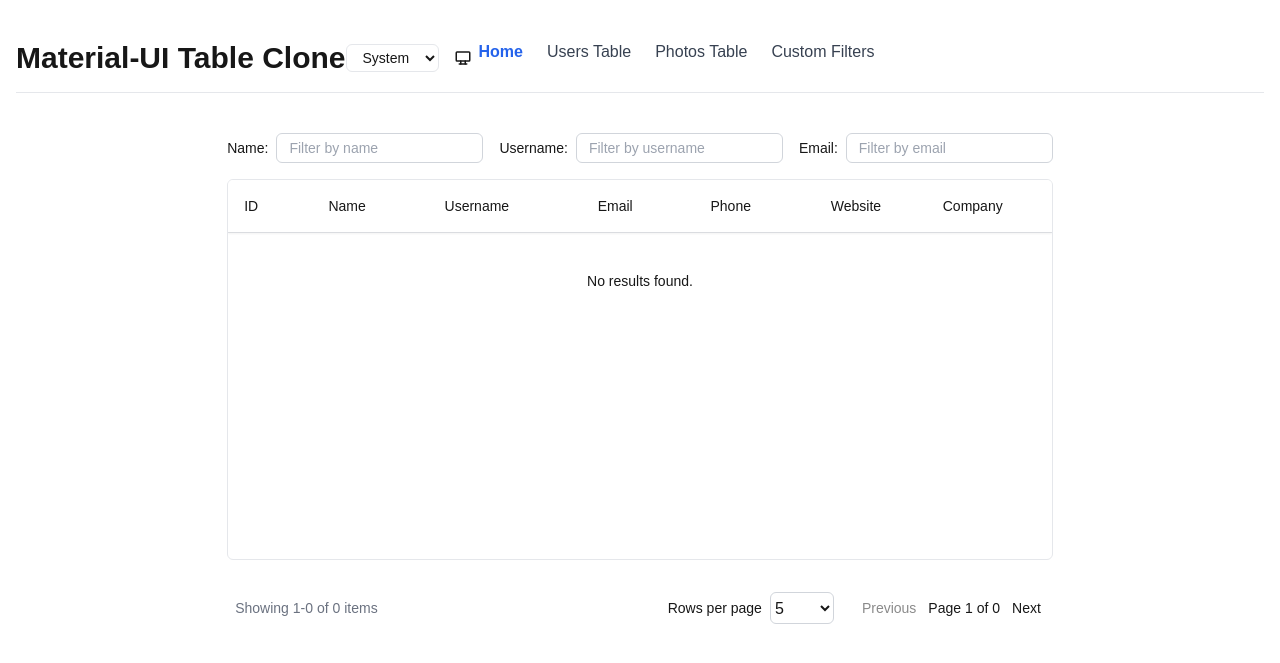
Repository: Dvirco1234/mini-mui-table
Page: /
These files come from the project's save history. The page is drawn as it stood at one moment and after the next save; the edit follows.
The browser window is 1280 px wide. The pictures show the whole page.
The page's requests for data from a server got no answer. The project was rebuilt for these pictures with package versions that can differ from the ones it lists, and the page was loaded fresh each time. The framework's server and built-in components were replaced by stand-ins that run in the browser. No one was signed in, and anything a server would have sent is missing. Also part of the build but not shown: next.config.ts.

Above is the page before, as saved 2025-03-03 22:02:58.

### src/app/layout.tsx
import type { Metadata } from "next";
import { Geist, Geist_Mono } from "next/font/google";
import "./globals.css";
import { ThemeProvider } from "@/components/theme/ThemeProvider";
import { Navigation } from "@/components/layout/Navigation";

const geistSans = Geist({
  variable: "--font-geist-sans",
  subsets: ["latin"],
});

const geistMono = Geist_Mono({
  variable: "--font-geist-mono",
  subsets: ["latin"],
});

export const metadata: Metadata = {
  title: "Create Next App",
  description: "Generated by create next app",
};

export default function RootLayout({
  children,
}: Readonly<{
  children: React.ReactNode;
}>) {
  return (
    <html lang="en" className="h-screen overflow-hidden">
      <body
        className={`${geistSans.variable} ${geistMono.variable} antialiased h-full max-h-screen`}
      >
        <ThemeProvider defaultTheme="system" storageKey="mini-mui-table-theme">
          <main className="h-screen">
            <div className="mx-auto py-10 px-4 h-full flex flex-col">
              <Navigation />
              {children}
            </div>
          </main>
        </ThemeProvider>
      </body>
    </html>
  );
}

### src/app/page.tsx
import { ThemeToggle } from "@/components/theme/ThemeToggle";
import { UserTable } from "@/components/demo/UserTable";
import { CustomFiltersDemo } from "@/components/demo/CustomFiltersDemo";

export default function Home() {
  return (
    <div className="mx-auto py-10 px-4 h-full flex flex-col">
      {/* <div className="flex justify-between items-center mb-8">
        <h1 className="text-3xl font-bold">Material-UI Table Clone</h1>
        <ThemeToggle />
      </div> */}
      <UserTable />
      {/* <CustomFiltersDemo /> */}
    </div>
  );
}

### src/components/theme/ThemeProvider.tsx
"use client";

import { createContext, useContext, useEffect, useState } from "react";

export type Theme = "dark" | "light" | "system";

type ThemeProviderProps = {
  children: React.ReactNode;
  defaultTheme?: Theme;
  storageKey?: string;
};

type ThemeProviderState = {
  theme: Theme;
  setTheme: (theme: Theme) => void;
};

const initialState: ThemeProviderState = {
  theme: "system",
  setTheme: () => null,
};

const ThemeProviderContext = createContext<ThemeProviderState>(initialState);

export function ThemeProvider({
  children,
  defaultTheme = "system",
  storageKey = "mini-mui-table-theme",
  ...props
}: ThemeProviderProps) {
  const [theme, setTheme] = useState<Theme>(defaultTheme);

  useEffect(() => {
    const savedTheme = localStorage.getItem(storageKey) as Theme | null;

    if (savedTheme) {
      setTheme(savedTheme);
    }
  }, [storageKey]);

  useEffect(() => {
    const root = window.document.documentElement;

    root.classList.remove("light", "dark");

    if (theme === "system") {
      const systemTheme = window.matchMedia("(prefers-color-scheme: dark)")
        .matches
        ? "dark"
        : "light";

      root.classList.add(systemTheme);
      return;
    }

    root.classList.add(theme);
  }, [theme]);

  const value = {
    theme,
    setTheme: (theme: Theme) => {
      localStorage.setItem(storageKey, theme);
      setTheme(theme);
    },
  };

  return (
    <ThemeProviderContext.Provider {...props} value={value}>
      {children}
    </ThemeProviderContext.Provider>
  );
}

export const useTheme = () => {
  const context = useContext(ThemeProviderContext);

  if (context === undefined) {
    throw new Error("useTheme must be used within a ThemeProvider");
  }

  return context;
};

### src/components/layout/Navigation.tsx
"use client";

import Link from "next/link";
import { usePathname } from "next/navigation";
import { ThemeToggle } from "@/components/theme/ThemeToggle";

const navItems = [
  { name: "Home", path: "/" },
  { name: "Users Table", path: "/users" },
  { name: "Photos Table", path: "/photos" },
  { name: "Custom Filters", path: "/custom-filters" },
];

export function Navigation() {
  const pathname = usePathname();

  return (
    <div className="w-full flex border-b pb-4">
      <div className="flex justify-between items-center ">
        <h1 className="text-3xl font-bold">Material-UI Table Clone</h1>
        <ThemeToggle />
      </div>

      <nav>
        <ul className="flex flex-wrap gap-6">
          {navItems.map((item) => (
            <li key={item.path}>
              <Link
                href={item.path}
                className={`text-base font-medium transition-colors hover:underline ${
                  pathname === item.path
                    ? "text-blue-600 dark:text-blue-400 font-semibold"
                    : "text-gray-700 hover:text-blue-600 dark:text-gray-300 dark:hover:text-blue-400"
                }`}
              >
                {item.name}
              </Link>
            </li>
          ))}
        </ul>
      </nav>
    </div>
  );
}

### src/components/demo/UserTable.tsx
"use client";

import { useState, useEffect } from "react";
import { Table } from "@/components/ui/table";
import { User, Column } from "@/types";
import { fetchUsers, FetchUsersParams } from "@/lib/api";

const columns: Column[] = [
  { id: "id", label: "ID", sortable: true },
  { id: "name", label: "Name", sortable: true, filterable: true },
  { id: "username", label: "Username", sortable: true, filterable: true },
  { id: "email", label: "Email", sortable: true, filterable: true },
  { id: "phone", label: "Phone", sortable: true },
  {
    id: "website",
    label: "Website",
    render: (row: User) => (
      <a
        href={`https://${row.website}`}
        target="_blank"
        rel="noopener noreferrer"
        className="text-blue-600 hover:underline"
      >
        {row.website}
      </a>
    ),
  },
  {
    id: "company",
    label: "Company",
    render: (row: User) => row.company.name,
  },
];

export function UserTable() {
  // State for table data and controls
  const [data, setData] = useState<User[]>([]);
  const [loading, setLoading] = useState(true);
  const [totalItems, setTotalItems] = useState(0);

  // Pagination state
  const [currentPage, setCurrentPage] = useState(1);
  const [pageSize, setPageSize] = useState(5);

  // Sorting state
  const [sortField, setSortField] = useState<string | undefined>(undefined);
  const [sortOrder, setSortOrder] = useState<"asc" | "desc" | "none">("asc");

  // Filtering state
  const [filters, setFilters] = useState<Record<string, string>>({});

  // Fetch data when dependencies change
  useEffect(() => {
    const loadData = async () => {
      setLoading(true);
      try {
        const params: FetchUsersParams = {
          page: currentPage,
          limit: pageSize,
          sort: sortField,
          order: sortOrder,
          filter: filters,
        };
        const { users, total } = await fetchUsers(params);
        setData(users);
        setTotalItems(total);
      } catch (error) {
        console.error("Error loading data:", error);
      } finally {
        setLoading(false);
      }
    };

    loadData();
  }, [currentPage, pageSize, sortField, sortOrder, filters]);

  // Handle page change
  const handlePageChange = (page: number) => {
    setCurrentPage(page);
  };

  // Handle page size change
  const handlePageSizeChange = (size: number) => {
    setPageSize(size);
    setCurrentPage(1); // Reset to first page when changing page size
  };

  // Handle sorting
  const handleSort = (field: string, order?: "asc" | "desc") => {
    if (!field) {
      // Clear sorting
      setSortField(undefined);
      setSortOrder("none");
    } else if (order) {
      // Set specific order
      setSortField(field);
      setSortOrder(order);
    } else {
      // Toggle order
      if (sortField === field) {
        setSortOrder(sortOrder === "asc" ? "desc" : "none");
        if (sortOrder === "desc") {
          setSortField(undefined);
        }
      } else {
        setSortField(field);
        setSortOrder("asc");
      }
    }
  };

  // Handle filtering
  const handleFilterChange = (field: string, value: string) => {
    setFilters((prev) => ({
      ...prev,
      [field]: value,
    }));
    setCurrentPage(1); // Reset to first page when applying filters
  };

  return (
    <Table<User>
      data={data}
      columns={columns}
      loading={loading}
      // Pagination
      currentPage={currentPage}
      pageSize={pageSize}
      totalItems={totalItems}
      onPageChange={handlePageChange}
      onPageSizeChange={handlePageSizeChange}
      // Sorting
      sortField={sortField}
      sortOrder={sortOrder}
      onSort={handleSort}
      // Filter
      filters={filters}
      onFilterChange={handleFilterChange}
      bordered={true}
      slots={{}}
    />
  );
}

### src/components/theme/ThemeToggle.tsx
"use client";

import { Theme, useTheme } from "./ThemeProvider";
import { IconMoon, IconSun, IconDeviceDesktop } from "@tabler/icons-react";

export function ThemeToggle() {
  const { theme, setTheme } = useTheme();

  return (
    <div className="flex items-center space-x-2">
      <select
        value={theme}
        onChange={(e: React.ChangeEvent<HTMLSelectElement>) =>
          setTheme(e.target.value as Theme)
        }
        className="bg-background border focus:ring-0 rounded-md px-3 py-1 text-sm focus:outline-none focus:ring-2 focus:ring-primary"
      >
        <option value="light">Light</option>
        <option value="dark">Dark</option>
        <option value="system">System</option>
      </select>

      <div className="flex items-center justify-center w-8 h-8">
        {theme === "light" && <IconSun size={18} />}
        {theme === "dark" && <IconMoon size={18} />}
        {theme === "system" && <IconDeviceDesktop size={18} />}
      </div>
    </div>
  );
}

### src/components/ui/table/index.ts
export * from './Table';
export * from './TableHead';
export * from './TableBody';
export * from './TableRow';
export * from './TableCell';
export * from './TablePagination';
export * from './TableFilters';
export * from './TableSorters';

### src/lib/api.ts
import { User } from '@/types';

export interface FetchUsersParams {
  page?: number;
  limit?: number;
  sort?: string;
  order?: 'asc' | 'desc' | 'none';
  filter?: Record<string, string>;
}

export async function fetchUsers({
  page = 1,
  limit = 100,
  sort,
  order = 'asc',
  filter,
}: FetchUsersParams = {}): Promise<{ users: User[]; total: number }> {
  let url = `https://jsonplaceholder.typicode.com/users?_page=${page}&_limit=${limit}`;

  if (sort && order !== 'none') {
    url += `&_sort=${sort}&_order=${order}`;
  }

  if (filter) {
    Object.entries(filter).forEach(([key, value]) => {
      if (value) {
        url += `&${key}_like=${value}`;
      }
    });
  }

  const response = await fetch(url);
  const total = Number(response.headers.get('x-total-count') || '0');
  const users = await response.json();

  return { users, total };
}

### src/components/ui/table/TableHead.tsx
import React, { forwardRef } from 'react';
import { cn } from '@/lib/utils';

export interface TableHeadProps extends React.HTMLAttributes<HTMLTableSectionElement> {
  children: React.ReactNode;
}

const TableHead = forwardRef<HTMLTableSectionElement, TableHeadProps>(
  ({ className, ...props }, ref) => {
    return (
      <thead
        ref={ref}
        className={cn("shadow-sm sticky top-0 bg-background", className)}
        {...props}
      />
    );
  }
);

TableHead.displayName = "TableHead";

export { TableHead };

### src/components/ui/table/TableBody.tsx
import React, { forwardRef } from 'react';
import { cn } from '@/lib/utils';

export interface TableBodyProps extends React.HTMLAttributes<HTMLTableSectionElement> {
  children: React.ReactNode;
}

const TableBody = forwardRef<HTMLTableSectionElement, TableBodyProps>(
  ({ className, ...props }, ref) => {
    return (
      <tbody
        ref={ref}
        className={cn("[&_tr:last-child]:border-0", className)}
        {...props}
      />
    );
  }
);

TableBody.displayName = "TableBody";

export { TableBody };

### src/components/ui/table/TableRow.tsx
import React, { forwardRef } from "react";
import { cn } from "@/lib/utils";

export interface TableRowProps
  extends React.HTMLAttributes<HTMLTableRowElement> {
  children: React.ReactNode;
  rowHeight?: number | string;
}

const TableRow = forwardRef<HTMLTableRowElement, TableRowProps>(
  ({ className, rowHeight, ...props }, ref) => {
    return (
      <tr
        ref={ref}
        className={cn(
          "border-b transition-colors hover:bg-muted/50 data-[state=selected]:bg-muted",
          className
        )}
        style={{
          height: rowHeight ? (typeof rowHeight === 'number' ? `${rowHeight}px` : rowHeight) : 'auto'
        }}
        {...props}
      />
    );
  }
);

TableRow.displayName = "TableRow";

export { TableRow };

### src/components/ui/table/TableCell.tsx
import React, { forwardRef } from 'react';
import { cn } from '@/lib/utils';

export interface TableCellProps extends React.TdHTMLAttributes<HTMLTableCellElement> {
  children: React.ReactNode;
}

const TableCell = forwardRef<HTMLTableCellElement, TableCellProps>(
  ({ className, ...props }, ref) => {
    return (
      <td
        ref={ref}
        className={cn("p-4 align-middle [&:has([role=checkbox])]:pr-0 group", className)}
        {...props}
      />
    );
  }
);

TableCell.displayName = "TableCell";

export { TableCell };

### src/components/ui/table/TablePagination.tsx
import React from 'react';
import { cn } from '@/lib/utils';

export interface TablePaginationProps {
  currentPage: number;
  totalPages: number;
  pageSize: number;
  totalItems: number;
  onPageChange: (page: number) => void;
  onPageSizeChange?: (pageSize: number) => void;
  pageSizeOptions?: number[];
  className?: string;
}

const TablePagination: React.FC<TablePaginationProps> = ({
  currentPage,
  totalPages,
  pageSize,
  totalItems,
  onPageChange,
  onPageSizeChange,
  pageSizeOptions = [5, 10, 25, 50],
  className,
}) => {
  const startItem = (currentPage - 1) * pageSize + 1;
  const endItem = Math.min(currentPage * pageSize, totalItems);

  return (
    <div className={cn("flex items-center justify-between px-2 py-4", className)}>
      <div className="text-sm text-gray-500">
        Showing {startItem}-{endItem} of {totalItems} items
      </div>
      <div className="flex items-center space-x-6">
        <div className="flex items-center space-x-2">
          <p className="text-sm font-medium">Rows per page</p>
          <select
            className="h-8 w-16 rounded-md border border-gray-300 bg-background outline-none focus:border-blue-500 focus:dark:border-white"
            value={pageSize}
            onChange={(e) => onPageSizeChange?.(Number(e.target.value))}
          >
            {pageSizeOptions.map((option) => (
              <option key={option} value={option}>
                {option}
              </option>
            ))}
          </select>
        </div>
        <div className="flex items-center space-x-2">
          <button
            className="inline-flex items-center justify-center rounded-md p-1 text-sm font-medium transition-colors hover:bg-gray-100 disabled:opacity-50"
            onClick={() => onPageChange(currentPage - 1)}
            disabled={currentPage === 1}
          >
            Previous
          </button>
          <div className="text-sm font-medium">
            Page {currentPage} of {totalPages}
          </div>
          <button
            className="inline-flex items-center justify-center rounded-md p-1 text-sm font-medium transition-colors hover:bg-gray-100 disabled:opacity-50"
            onClick={() => onPageChange(currentPage + 1)}
            disabled={currentPage === totalPages}
          >
            Next
          </button>
        </div>
      </div>
    </div>
  );
};

export { TablePagination };

### src/components/ui/table/TableFilters.tsx
import React from 'react';
import { cn } from '@/lib/utils';
import { Column } from '@/types';

export interface TableFiltersProps {
  columns: Column[];
  filters: Record<string, string>;
  onFilterChange: (field: string, value: string) => void;
  className?: string;
}

/**
 * TableFilters component that renders a set of filters for each filterable column.
 * Currently only supports text-based filtering.
 */
const TableFilters: React.FC<TableFiltersProps> = ({
  columns,
  filters,
  onFilterChange,
  className,
}) => {
  const filterableColumns = columns.filter(column => column.filterable);

  if (filterableColumns.length === 0) {
    return null;
  }

  return (
    <div className={cn("flex flex-wrap gap-4 mb-4", className)}>
      {filterableColumns.map(column => (
        <div key={`filter-${column.id}`} className="flex items-center">
          <label htmlFor={`filter-${column.id}`} className="mr-2 text-sm font-medium">
            {column.label}:
          </label>
          <input
            id={`filter-${column.id}`}
            type="text"
            className="rounded-md border bg-background outline-none border-gray-300 focus:border-blue-500 focus:dark:border-white px-3 py-1 text-sm"
            value={filters[column.id] || ''}
            onChange={(e) => onFilterChange(column.id, e.target.value)}
            placeholder={`Filter by ${column.label.toLowerCase()}`}
          />
        </div>
      ))}
    </div>
  );
};

export { TableFilters };

### src/components/ui/table/TableSorters.tsx
import React from 'react';
import { cn } from '@/lib/utils';
import { Column } from '@/types';
import { IconArrowUp, IconArrowDown } from '@tabler/icons-react';

export interface TableSortersProps {
  column: Column;
  sortField?: string;
  sortOrder: 'asc' | 'desc' | 'none';
  onSort: (field: string, order?: 'asc' | 'desc') => void;
  className?: string;
}

const TableSorters: React.FC<TableSortersProps> = ({
  column,
  sortField,
  sortOrder,
  onSort,
  className,
}) => {
  if (!column.sortable) {
    return <span className={className}>{column.label}</span>;
  }

  const handleSort = () => {
    if (sortField !== column.id) {
      // First click - sort ascending
      onSort(column.id, 'asc');
    } else if (sortOrder === 'asc') {
      // Second click - sort descending
      onSort(column.id, 'desc');
    } else {
      // Third click - clear sorting
      onSort('');
    }
  };

  const isActive = sortField === column.id;

  return (
    <div
      className={cn(
        "w-full h-full flex items-center justify-between cursor-pointer",
        className
      )}
      onClick={handleSort}
    >
      <span>{column.label}</span>
      <div className="flex items-center">
        {isActive ? (
          sortOrder === 'asc' ? (
            <IconArrowUp size={16} className="text-primary" />
          ) : (
            <IconArrowDown size={16} className="text-primary" />
          )
        ) : (
          <IconArrowUp size={16} className="text-muted-foreground opacity-0 group-hover:opacity-100 transition-opacity" />
        )}
      </div>
    </div>
  );
};

export { TableSorters };

### tailwind.config.ts
import type { Config } from 'tailwindcss';

const config: Config = {
  darkMode: 'class',
  content: [
    './src/pages/**/*.{js,ts,jsx,tsx,mdx}',
    './src/components/**/*.{js,ts,jsx,tsx,mdx}',
    './src/app/**/*.{js,ts,jsx,tsx,mdx}',
  ],
  theme: {
    extend: {
      colors: {
        background: 'var(--background)',
        foreground: 'var(--foreground)',
        border: {
          DEFAULT: 'hsl(var(--border))',
        },
        input: {
          DEFAULT: 'hsl(var(--input))',
        },
        ring: {
          DEFAULT: 'hsl(var(--ring))',
        },
        muted: {
          DEFAULT: 'hsl(var(--muted))',
          foreground: 'hsl(var(--muted-foreground))',
        },
        accent: {
          DEFAULT: 'hsl(var(--accent))',
          foreground: 'hsl(var(--accent-foreground))',
        },
        primary: {
          DEFAULT: 'hsl(var(--primary))',
          foreground: 'hsl(var(--primary-foreground))',
        },
        secondary: {
          DEFAULT: 'hsl(var(--secondary))',
          foreground: 'hsl(var(--secondary-foreground))',
        },
        destructive: {
          DEFAULT: 'hsl(var(--destructive))',
          foreground: 'hsl(var(--destructive-foreground))',
        },
        card: {
          DEFAULT: 'hsl(var(--card))',
          foreground: 'hsl(var(--card-foreground))',
        },
      },
      fontFamily: {
        sans: ['var(--font-geist-sans)'],
        mono: ['var(--font-geist-mono)'],
      },
    },
  },
  plugins: [],
};

export default config;

Loaded but not shown: src/app/globals.css (common file); src/lib/utils.ts (common file); src/components/ui/table/Table.tsx (225 lines, source omitted)

After the next save:
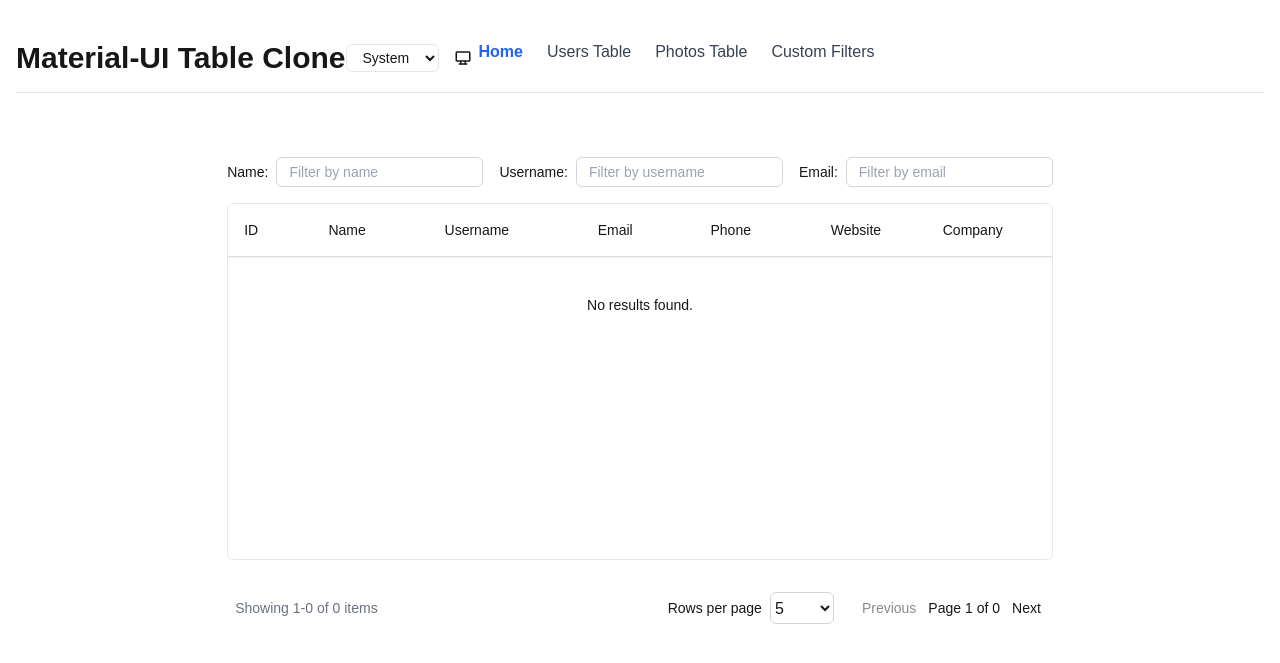
Saved 5 s later.
--- a/src/components/layout/Navigation.tsx
+++ b/src/components/layout/Navigation.tsx
@@ -15,7 +15,7 @@ export function Navigation() {
   const pathname = usePathname();
 
   return (
-    <div className="w-full flex border-b pb-4">
+    <div className="w-full flex border-b pb-4 mb-6">
       <div className="flex justify-between items-center ">
         <h1 className="text-3xl font-bold">Material-UI Table Clone</h1>
         <ThemeToggle />
